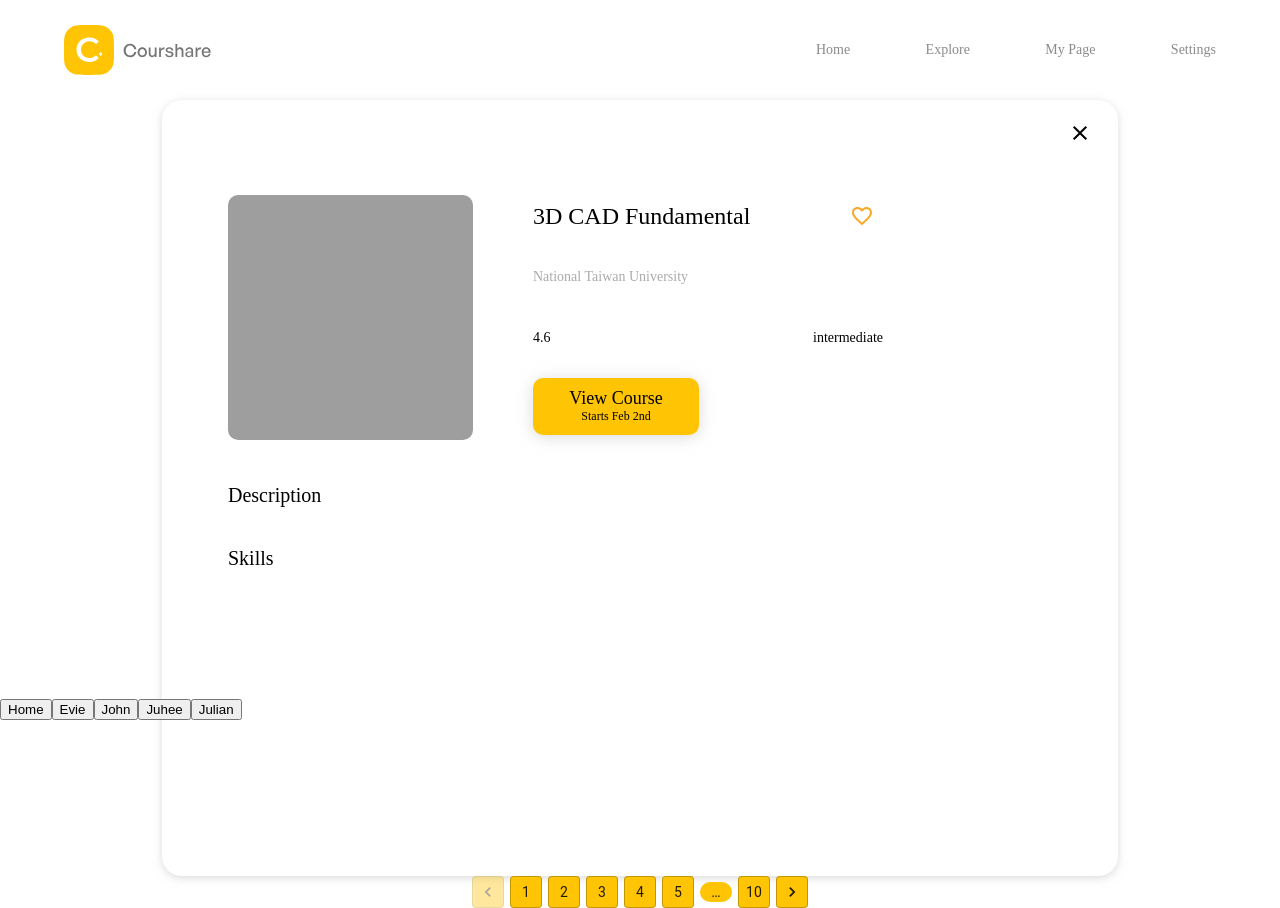
Repository: julianm09/courshare-app
Page: /comps/juhee
The author's editor kept a copy of each file at every save. The page is drawn from the files as they stood at one save, then again after the next save.
The browser window is 1280 px wide. The pictures show the whole page.
Pictures or frames that could not be fetched are drawn as grey boxes. The project was rebuilt for these pictures with package versions that can differ from the ones it lists, and the page was loaded fresh each time. The framework's server and built-in components were replaced by stand-ins that run in the browser. Also part of the build but not shown: next.config.js.

Above is the page before, as saved 2022-02-07 15:31:46.

### pages/_app.js
import "../styles/globals.css";
import styled from "styled-components";
import { useRouter } from "next/router";
import Navbar from "@/components/Navbar";

function MyApp({ Component, pageProps }) {
  const r = useRouter();
  return (
    <>
    <Navbar/>
      <Component {...pageProps} />

      <BotNav>
        <button onClick={() => r.push("/")}>Home</button>
        <button onClick={() => r.push("/comps/evie")}>Evie</button>
        <button onClick={() => r.push("/comps/john")}>John</button>
        <button onClick={() => r.push("/comps/juhee")}>Juhee</button>
        <button onClick={() => r.push("/comps/julian")}>Julian</button>
      </BotNav>
    </>
  );
}

const BotNav = styled.div`
  position: fixed;
  bottom: 0px;
`;

export default MyApp;

### pages/comps/juhee.js
import styled from "styled-components";
import CourseDetailCard from "@/components/CourseDetailCard";
import PageNavigation from "@/components/PageNavigation";

export default function Juhee() {
  return (
    <Cont>
      {/* make components here */}
      <CourseDetailCard></CourseDetailCard>
      <PageNavigation></PageNavigation>
    </Cont>
  );
}

const Cont = styled.div`
  display: flex;
  align-items: center;
  flex-direction: column;
  width: 100%;
`;

### styles/globals.css
@import url("general-sans.css");

html,
body {
  padding: 0;
  margin: 0;
  font-family: -apple-system, BlinkMacSystemFont, Segoe UI, Roboto, Oxygen,
    Ubuntu, Cantarell, Fira Sans, Droid Sans, Helvetica Neue, sans-serif;
}

a {
  color: inherit;
  text-decoration: none;
}

* {
  box-sizing: border-box;
}

### components/Navbar.js
import styled from "styled-components";
import { useState } from "react";
import { useRouter } from "next/router";

export default function Navbar({}) {
  const r = useRouter();

  const [menu, setMenu] = useState(false);

  const handleLink = (t) => {
    setMenu(false);
    r.push(t);
  };

  return (
    <NavbarUI>
      <Logo
        src="/logo.svg"
        selected={r.pathname == "/"}
        onClick={() => handleLink("/")}
      ></Logo>
      <Navigation>
        <LinkUI selected={r.pathname == "/"} onClick={() => handleLink("/")}>
          Home
        </LinkUI>
        <LinkUI
          selected={r.pathname == "/explore"}
          onClick={() => handleLink("/explore")}
        >
          Explore
        </LinkUI>
        <LinkUI
          selected={r.pathname == "/mypage"}
          onClick={() => handleLink("/mypage")}
        >
          My Page
        </LinkUI>
        <LinkUI
          selected={r.pathname == "/settings"}
          onClick={() => handleLink("/settings")}
        >
          Settings
        </LinkUI>
      </Navigation>
      <MenuIcon
        src={menu ? "/icons/close.svg" : "/icons/menu.svg"}
        onClick={() => setMenu(!menu)}
      />
      {menu ? (
        <MobileMenu>
          <LinkUI selected={r.pathname == "/"} onClick={() => handleLink("/")}>
            Home
          </LinkUI>
          <LinkUI
            selected={r.pathname == "/explore"}
            onClick={() => handleLink("/explore")}
          >
            Explore
          </LinkUI>
          <LinkUI
            selected={r.pathname == "/mypage"}
            onClick={() => handleLink("/mypage")}
          >
            My Page
          </LinkUI>
          <LinkUI
            selected={r.pathname == "/settings"}
            onClick={() => handleLink("/settings")}
          >
            Settings
          </LinkUI>
        </MobileMenu>
      ) : (
        <></>
      )}
    </NavbarUI>
  );
}

const NavbarUI = styled.div`
  width: 100%;
  padding: 0 5%;
  height: 100px;
  display: flex;
  align-items: center;
  justify-content: space-between;

  -webkit-touch-callout: none; /* iOS Safari */
  -webkit-user-select: none; /* Safari */
  -khtml-user-select: none; /* Konqueror HTML */
  -moz-user-select: none; /* Old versions of Firefox */
  -ms-user-select: none; /* Internet Explorer/Edge */
  user-select: none; /* Non-prefixed version, currently supported by Chrome, Edge, Opera and Firefox */
`;

const Logo = styled.img`
  cursor: pointer;
`;

const Navigation = styled.div`
  display: flex;
  justify-content: space-between;
  width: 400px;
  @media (max-width: 1000px) {
    display: none;
  }
`;

const LinkUI = styled.div`
  cursor: pointer;
  font-family: General Sans;
  font-style: normal;
  font-size: 14px;
  line-height: 24px;
  color: #8b8b8b;
  color: ${(props) => (props.selected ? "#595959" : "#8B8B8B")};
  font-weight: ${(props) => (props.selected ? "500" : "400")};
`;

const MenuIcon = styled.img`
  cursor: pointer;
  display: none;
  @media (max-width: 1000px) {
    display: flex;
  }
`;

const MobileMenu = styled.div`
  cursor: pointer;
  display: flex;
  position: absolute;
  height: 200px;
  flex-direction: column;
  justify-content: space-between;
  align-items: flex-end;
  top: 100px;
  width: 90%;
  @media (min-width: 1000px) {
    display: none;
  }
`;

### components/CourseDetailCard.js
import styled from "styled-components";
import { useState } from "react";
import Favorite from "@mui/icons-material/Favorite";
import FavoriteBorder from "@mui/icons-material/FavoriteBorder";
import { Checkbox } from "@mui/material";
import RegisterButton from "../components/RegisterButton";
import { yellow } from "@mui/material/colors";
import CloseIcon from "@mui/icons-material/Close";

const BigCont = styled.div`
  display: flex;
  flex-direction: column;
  width: 956px;
  height: 776px;
  background-color: #ffffff;
  box-shadow: 0px 2px 8px 0px rgba(185, 185, 185, 0.52);
  border-radius: 20px;
  font-family: General Sans;
`;
const ButtonCont = styled.div`
  display: flex;
  justify-content: flex-end;
  margin-right: 20px;
  margin-top: 20px;
`;

const ContentCont = styled.div`
  display: flex;
  flex-direction: column;
  justify-content: space-between;
  padding: 46px 66px 66px 66px;
`;
const FristCont = styled.div`
  display: flex;
  flex-direction: row;
`;
const LeftCont = styled.div``;

const Img = styled.img`
  width: 245px;
  height: 245px;
  border-radius: 10px;
`;
const Heading1 = styled.p`
  font-size: 24px;
  margin: 0;
  font-weight: 500;
`;

const GreyText = styled.p`
  color: #aaaaaa;
  font-size: 14px;
`;
const RightCont = styled.div`
  height: 245px;
  margin-left: 60px;
  display: flex;
  flex-direction: column;
  align-items: space-between;
`;
const RightSmallCont = styled.div`
  width: 350px;
  display: flex;
  flex-direction: row;
  justify-content: space-between;
  align-items: center;
  margin-bottom: 5%;
`;
const SecondCont = styled.div`
  margin-top: 20px;
`;
const Heading2 = styled.p`
  font-size: 20px;
  font-weight: 500;
`;
const Desc = styled.p`
  font-size: 14px;
`;
const ThirdCont = styled.div``;

export default function CourseDetailCard({
  name = "3D  CAD Fundamental",
  school = "National Taiwan University",
  rating = 4.6,
  difficulty = "intermediate",
  description = "",
  skills = "",
}) {
  return (
    <BigCont>
      <ButtonCont>
        <button style={{ border: "none", background: "none" }}>
          <CloseIcon />
        </button>
      </ButtonCont>
      <ContentCont>
        <FristCont>
          <LeftCont>
            <Img src="https://images.unsplash.com/photo-1600869009498-8d429f88d4f5?ixlib=rb-1.2.1&ixid=MnwxMjA3fDB8MHxwaG90by1wYWdlfHx8fGVufDB8fHx8&auto=format&fit=crop&w=2340&q=80" />
          </LeftCont>
          <RightCont>
            <RightSmallCont>
              <Heading1>{name}</Heading1>
              <Checkbox
                sx={{
                  color: yellow[800],
                  "&.Mui-checked": {
                    color: yellow[600],
                  },
                }}
                icon={<FavoriteBorder />}
                checkedIcon={<Favorite />}
              />
            </RightSmallCont>
            <RightSmallCont>
              <GreyText>{school}</GreyText>
            </RightSmallCont>
            <RightSmallCont>
              <Desc>{rating}</Desc>
              <Desc>{difficulty}</Desc>
            </RightSmallCont>
            <RightSmallCont>
              <RegisterButton />
            </RightSmallCont>
          </RightCont>
        </FristCont>
        <SecondCont>
          <Heading2>Description</Heading2>
          <Desc>{description}</Desc>
        </SecondCont>
        <ThirdCont>
          <Heading2>Skills</Heading2>
          <Desc>{skills}</Desc>
        </ThirdCont>
      </ContentCont>
    </BigCont>
  );
}

### components/PageNavigation.js
import styled from "styled-components";
import Pagination from "@mui/material/Pagination";
import Stack from "@mui/material/Stack";
import { makeStyles } from "@mui/styles";
import { useState } from "react";

const Cont = styled.div``;

const useStyles = makeStyles(() => ({
  ul: {
    "& .MuiPaginationItem-root": {
      backgroundColor: "#FFC403",
    },
  },
}));
export default function PageNavigation({}) {
  const classes = useStyles();
  return (
    <Cont>
      <Pagination
        count={10}
        variant="outlined"
        shape="rounded"
        classes={{ ul: classes.ul }}
      />
    </Cont>
  );
}

### styles/general-sans.css
/**
 * @license
 *
 * Font Family: General Sans
 * Designed by: Frode Helland
 * URL: https://www.fontshare.com/fonts/general-sans
 * © 2021 Indian Type Foundry
 *
 * Font Styles:
 * General Sans Variable(Variable font)
 * General Sans Variable Italic(Variable font)
 * General Sans Extralight
 * General Sans Extralight Italic
 * General Sans Light
 * General Sans Light Italic
 * General Sans Regular
 * General Sans Italic
 * General Sans Medium
 * General Sans Medium Italic
 * General Sans Semibold
 * General Sans Semibold Italic
 * General Sans Bold
 * General Sans Bold Italic
 *
*/


/**
* This is a variable font
* You can controll variable axes as shown below:
* font-variation-settings: 'wght' 700.0;
*
* available axes:

* 'wght' (range from 200.0 to 700.0)

*/

@font-face {
  font-family: 'GeneralSans-Variable';
  src: url('../fonts/GeneralSans-Variable.woff2') format('woff2'),
       url('../fonts/GeneralSans-Variable.woff') format('woff'),
       url('../fonts/GeneralSans-Variable.ttf') format('truetype');
       font-weight: 200 700;
       font-display: swap;
       font-style: normal;
}


/**
* This is a variable font
* You can controll variable axes as shown below:
* font-variation-settings: 'wght' 700.0;
*
* available axes:

* 'wght' (range from 200.0 to 700.0)

*/

@font-face {
  font-family: 'GeneralSans-VariableItalic';
  src: url('../fonts/GeneralSans-VariableItalic.woff2') format('woff2'),
       url('../fonts/GeneralSans-VariableItalic.woff') format('woff'),
       url('../fonts/GeneralSans-VariableItalic.ttf') format('truetype');
       font-weight: 200 700;
       font-display: swap;
       font-style: italic;
}


@font-face {
  font-family: 'GeneralSans-Extralight';
  src: url('../fonts/GeneralSans-Extralight.woff2') format('woff2'),
       url('../fonts/GeneralSans-Extralight.woff') format('woff'),
       url('../fonts/GeneralSans-Extralight.ttf') format('truetype');
       font-weight: 200;
       font-display: swap;
       font-style: normal;
}


@font-face {
  font-family: 'GeneralSans-ExtralightItalic';
  src: url('../fonts/GeneralSans-ExtralightItalic.woff2') format('woff2'),
       url('../fonts/GeneralSans-ExtralightItalic.woff') format('woff'),
       url('../fonts/GeneralSans-ExtralightItalic.ttf') format('truetype');
       font-weight: 200;
       font-display: swap;
       font-style: italic;
}


@font-face {
  font-family: 'GeneralSans-Light';
  src: url('../fonts/GeneralSans-Light.woff2') format('woff2'),
       url('../fonts/GeneralSans-Light.woff') format('woff'),
       url('../fonts/GeneralSans-Light.ttf') format('truetype');
       font-weight: 300;
       font-display: swap;
       font-style: normal;
}


@font-face {
  font-family: 'GeneralSans-LightItalic';
  src: url('../fonts/GeneralSans-LightItalic.woff2') format('woff2'),
       url('../fonts/GeneralSans-LightItalic.woff') format('woff'),
       url('../fonts/GeneralSans-LightItalic.ttf') format('truetype');
       font-weight: 300;
       font-display: swap;
       font-style: italic;
}


@font-face {
  font-family: 'GeneralSans-Regular';
  src: url('../fonts/GeneralSans-Regular.woff2') format('woff2'),
       url('../fonts/GeneralSans-Regular.woff') format('woff'),
       url('../fonts/GeneralSans-Regular.ttf') format('truetype');
       font-weight: 400;
       font-display: swap;
       font-style: normal;
}


@font-face {
  font-family: 'GeneralSans-Italic';
  src: url('../fonts/GeneralSans-Italic.woff2') format('woff2'),
       url('../fonts/GeneralSans-Italic.woff') format('woff'),
       url('../fonts/GeneralSans-Italic.ttf') format('truetype');
       font-weight: 400;
       font-display: swap;
       font-style: italic;
}


@font-face {
  font-family: 'GeneralSans-Medium';
  src: url('../fonts/GeneralSans-Medium.woff2') format('woff2'),
       url('../fonts/GeneralSans-Medium.woff') format('woff'),
       url('../fonts/GeneralSans-Medium.ttf') format('truetype');
       font-weight: 500;
       font-display: swap;
       font-style: normal;
}


@font-face {
  font-family: 'GeneralSans-MediumItalic';
  src: url('../fonts/GeneralSans-MediumItalic.woff2') format('woff2'),
       url('../fonts/GeneralSans-MediumItalic.woff') format('woff'),
       url('../fonts/GeneralSans-MediumItalic.ttf') format('truetype');
       font-weight: 500;
       font-display: swap;
       font-style: italic;
}


@font-face {
  font-family: 'GeneralSans-Semibold';
  src: url('../fonts/GeneralSans-Semibold.woff2') format('woff2'),
       url('../fonts/GeneralSans-Semibold.woff') format('woff'),
       url('../fonts/GeneralSans-Semibold.ttf') format('truetype');
       font-weight: 600;
       font-display: swap;
       font-style: normal;
}


@font-face {
  font-family: 'GeneralSans-SemiboldItalic';
  src: url('../fonts/GeneralSans-SemiboldItalic.woff2') format('woff2'),
       url('../fonts/GeneralSans-SemiboldItalic.woff') format('woff'),
       url('../fonts/GeneralSans-SemiboldItalic.ttf') format('truetype');
       font-weight: 600;
       font-display: swap;
       font-style: italic;
}


@font-face {
  font-family: 'GeneralSans-Bold';
  src: url('../fonts/GeneralSans-Bold.woff2') format('woff2'),
       url('../fonts/GeneralSans-Bold.woff') format('woff'),
       url('../fonts/GeneralSans-Bold.ttf') format('truetype');
       font-weight: 700;
       font-display: swap;
       font-style: normal;
}


@font-face {
  font-family: 'GeneralSans-BoldItalic';
  src: url('../fonts/GeneralSans-BoldItalic.woff2') format('woff2'),
       url('../fonts/GeneralSans-BoldItalic.woff') format('woff'),
       url('../fonts/GeneralSans-BoldItalic.ttf') format('truetype');
       font-weight: 700;
       font-display: swap;
       font-style: italic;
}

### components/RegisterButton.js
import styled from "styled-components";

const RegisterBtn = styled.button`
  width: 166px;
  height: 57px;
  background-color: ${(props) => props.background};
  color: #000000;
  filter: drop-shadow(0px 2px 8px rgba(185, 185, 185, 0.52));
  border-radius: 10px;
  border: none;
  display: flex;
  flex-direction: column;
  justify-content: center;
  align-items: center;
`;
const Header = styled.div`
  font-family: General Sans;
  font-style: normal;
  font-weight: 500;
  font-size: 18px;
  color: #000000;
  margin-left: auto;
  margin-right: auto;
`;

const Text = styled.div`
font-family: General Sans;
font-style: normal;
font-weight: normal;
font-size: 12px;
color: #000000;
margin-left: auto;
margin-right: auto;

}
`;

const RegisterButton = ({
  text = "View Course",
  data = "Starts Feb 2nd",
  background = "#FFC403",
}) => {
  return (
    <RegisterBtn background={background}>
      <Header>{text}</Header>
      <Text>{data}</Text>
    </RegisterBtn>
  );
};

export default RegisterButton;

Loaded but not shown: pages/_document.js (common file)

After the next save:
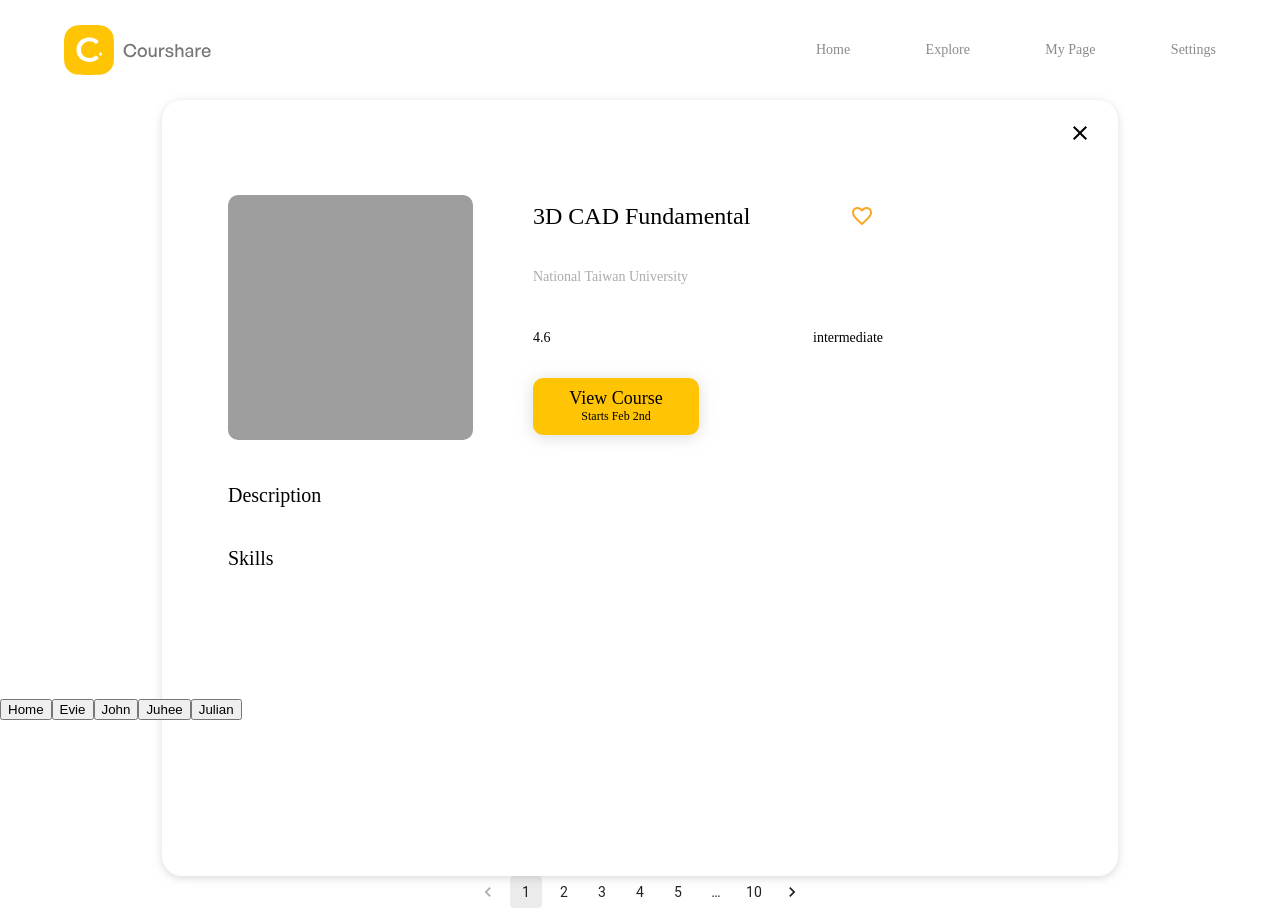
Saved 14 s later.
--- a/components/PageNavigation.js
+++ b/components/PageNavigation.js
@@ -9,7 +9,7 @@ const Cont = styled.div``;
 const useStyles = makeStyles(() => ({
   ul: {
     "& .MuiPaginationItem-root": {
-      backgroundColor: "#FFC403",
+      border: "#FFC403",
     },
   },
 }));
